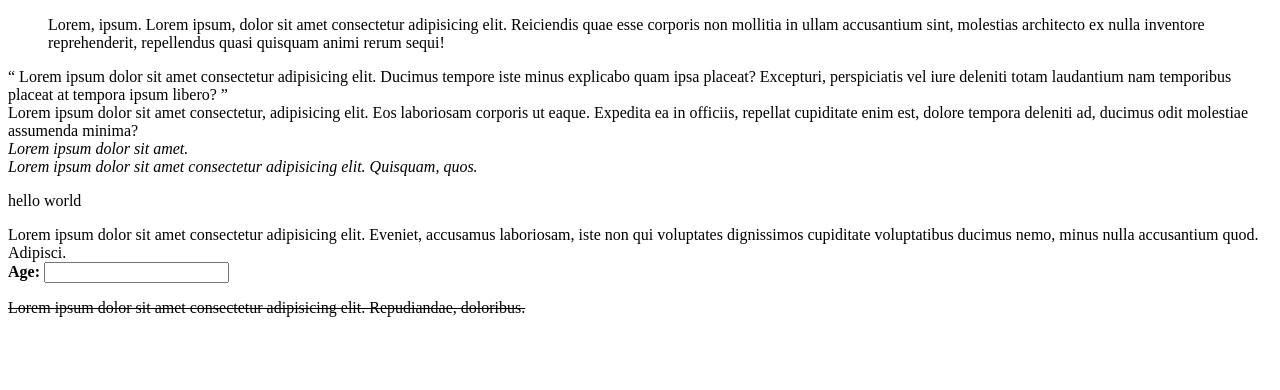
Repository: arunyerram/Web-TEChnologies
Page: p.html
The author's editor kept a copy of each file at every save. The page is drawn from the files as they stood at one save, then again after the next save.
The browser window is 1280 px wide. The pictures show the whole page.

Above is the page before, as saved 2025-02-21 11:56:32.

### p.html
<!DOCTYPE html>
<html lang="en">
<head>
    <meta charset="UTF-8">
    <meta name="viewport" content="width=device-width, initial-scale=1.0">
    <title>Document</title>
</head>
<body>
    <!-- the <blockquote>,<q>, <abbr>, <address>, <cite>,  <bdo> -->
        <blockquote>
            Lorem, ipsum.
            Lorem ipsum, dolor sit amet consectetur adipisicing elit. Reiciendis quae esse corporis non mollitia in ullam accusantium sint, molestias architecto ex nulla inventore reprehenderit, repellendus quasi quisquam animi rerum sequi!
        </blockquote>
        <q>
            Lorem ipsum dolor sit amet consectetur adipisicing elit. Ducimus tempore iste minus explicabo quam ipsa placeat? Excepturi, perspiciatis vel iure deleniti totam laudantium nam temporibus placeat at tempora ipsum libero?
        </q>
        <br/>
        <abbr>
            Lorem ipsum dolor sit amet consectetur, adipisicing elit. Eos laboriosam corporis ut eaque. Expedita ea in officiis, repellat cupiditate enim est, dolore tempora deleniti ad, ducimus odit molestiae assumenda minima?
        </abbr>

        <address>
            Lorem ipsum dolor sit amet.
        </address>
        <cite>
            Lorem ipsum dolor sit amet consectetur adipisicing elit. Quisquam, quos.
        </cite>

        <bdo>
            <p>hello world</p>
            Lorem ipsum dolor sit amet consectetur adipisicing elit. Eveniet, accusamus laboriosam, iste non qui voluptates dignissimos cupiditate voluptatibus ducimus nemo, minus nulla accusantium quod. Adipisci.
        </bdo>
        <br/>

        <strong><label for="age"> Age:</label></strong>
        <input type="age" id="age" name="age">


        <p> <del> Lorem ipsum dolor sit amet consectetur adipisicing elit. Repudiandae, doloribus.</del></p>


</body>
</html>

After the next save:
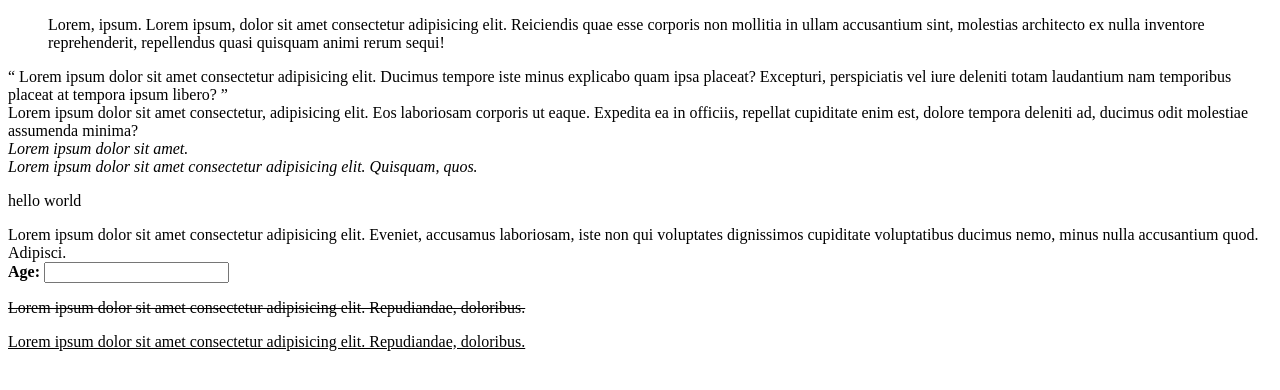
Saved 77 s later.
--- a/p.html
+++ b/p.html
@@ -38,6 +38,6 @@
 
         <p> <del> Lorem ipsum dolor sit amet consectetur adipisicing elit. Repudiandae, doloribus.</del></p>
 
-
+        <p> <ins> Lorem ipsum dolor sit amet consectetur adipisicing elit. Repudiandae, doloribus.</ins></p>
 </body>
 </html>
